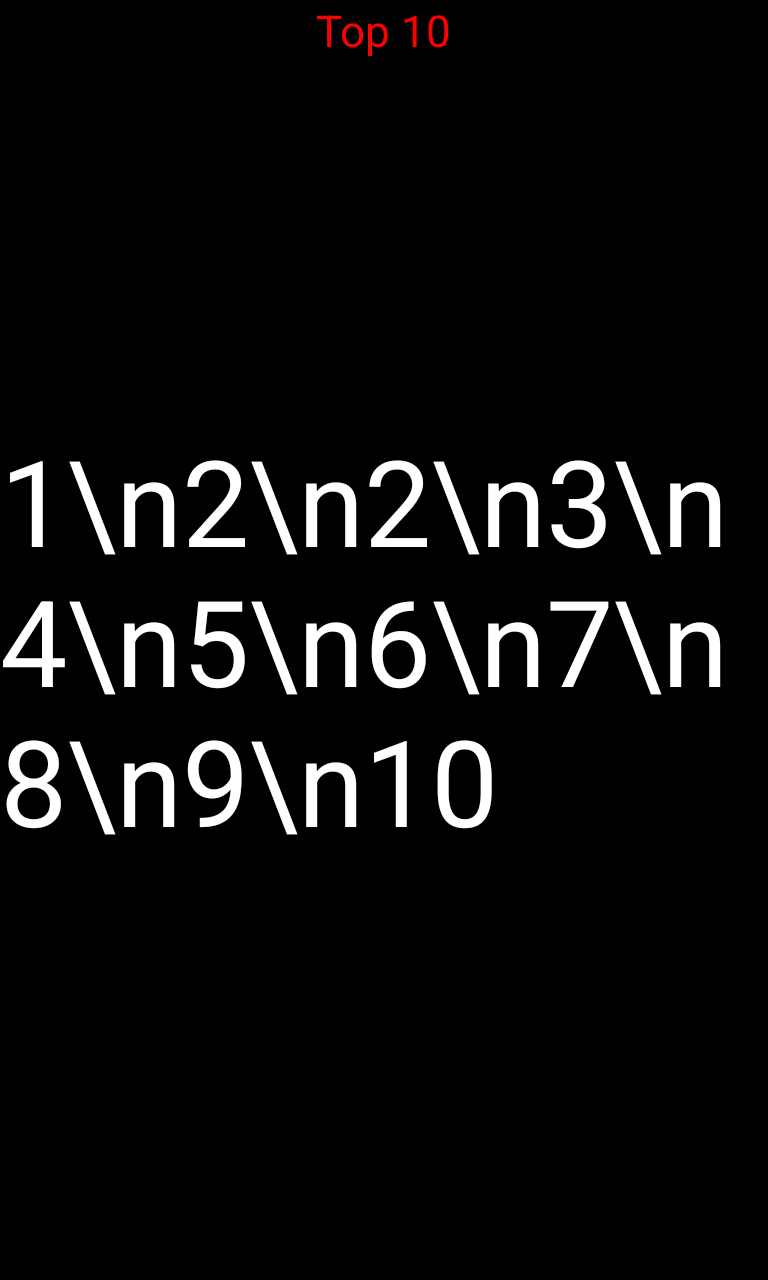
Repository: tofuninja/Rotate
Layout: Rotate/res/layout/high_score_screen.xml
An editor plug-in stored every save of this project. The layout is shown before and after the next save, followed by the edit.
It is drawn on a 768 x 1280 px phone screen (xhdpi) without system bars, with theme android:Theme.NoTitleBar.Fullscreen; the app's code is not run.

Above is the layout before, as saved 2014-05-03 12:33:17.

### Rotate/res/layout/high_score_screen.xml
<?xml version="1.0" encoding="utf-8"?>
<FrameLayout xmlns:android="http://schemas.android.com/apk/res/android"
    android:layout_width="match_parent"
    android:layout_height="match_parent" >

    <RelativeLayout
        android:layout_width="match_parent"
        android:layout_height="match_parent" >

        <TextView
            android:id="@+id/textView1"
            android:layout_width="wrap_content"
            android:layout_height="wrap_content"
            android:layout_alignParentTop="true"
            android:layout_centerHorizontal="true"
            android:text="Top 10"
            android:textAppearance="?android:attr/textAppearanceLarge"
            android:textColor="#ff0000" />

        <TextView
            android:id="@+id/textView2"
            android:layout_width="wrap_content"
            android:layout_height="wrap_content"
            android:layout_centerHorizontal="true"
            android:layout_centerVertical="true"
            android:text="1\n2\n2\n3\n4\n5\n6\n7\n8\n9\n10"
            android:textAppearance="?android:attr/textAppearanceMedium"
            android:textSize="@dimen/Top10TextSize" />

    </RelativeLayout>

</FrameLayout>

### Rotate/res/values/dimens.xml
<resources>

    <!-- Default screen margins, per the Android Design guidelines. -->
    <dimen name="activity_horizontal_margin">16dp</dimen>
    <dimen name="activity_vertical_margin">16dp</dimen>
    <dimen name="Top10TextSize">60</dimen>

</resources>

After the next save:
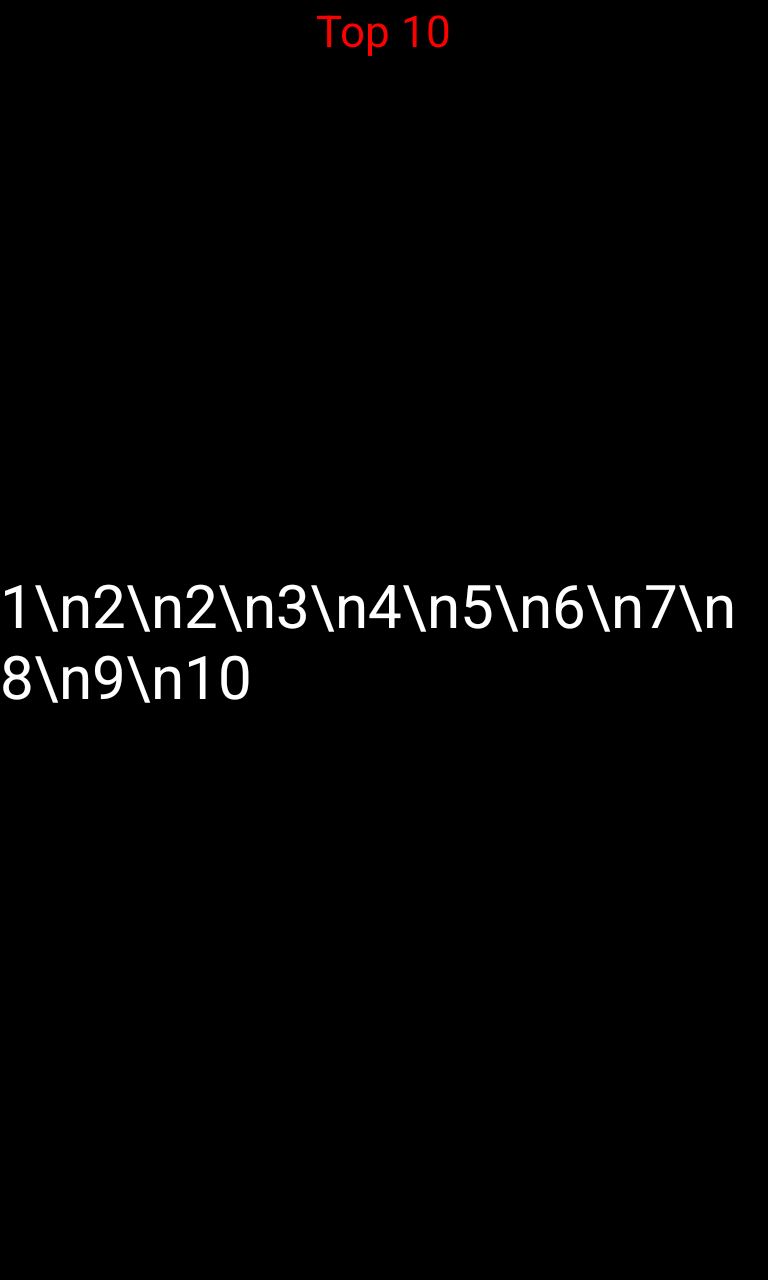
Saved 46 s later.
--- a/Rotate/res/layout/high_score_screen.xml
+++ b/Rotate/res/layout/high_score_screen.xml
@@ -25,7 +25,7 @@
             android:layout_centerVertical="true"
             android:text="1\n2\n2\n3\n4\n5\n6\n7\n8\n9\n10"
             android:textAppearance="?android:attr/textAppearanceMedium"
-            android:textSize="@dimen/Top10TextSize" />
+            android:textSize="30sp" />
 
     </RelativeLayout>
 
